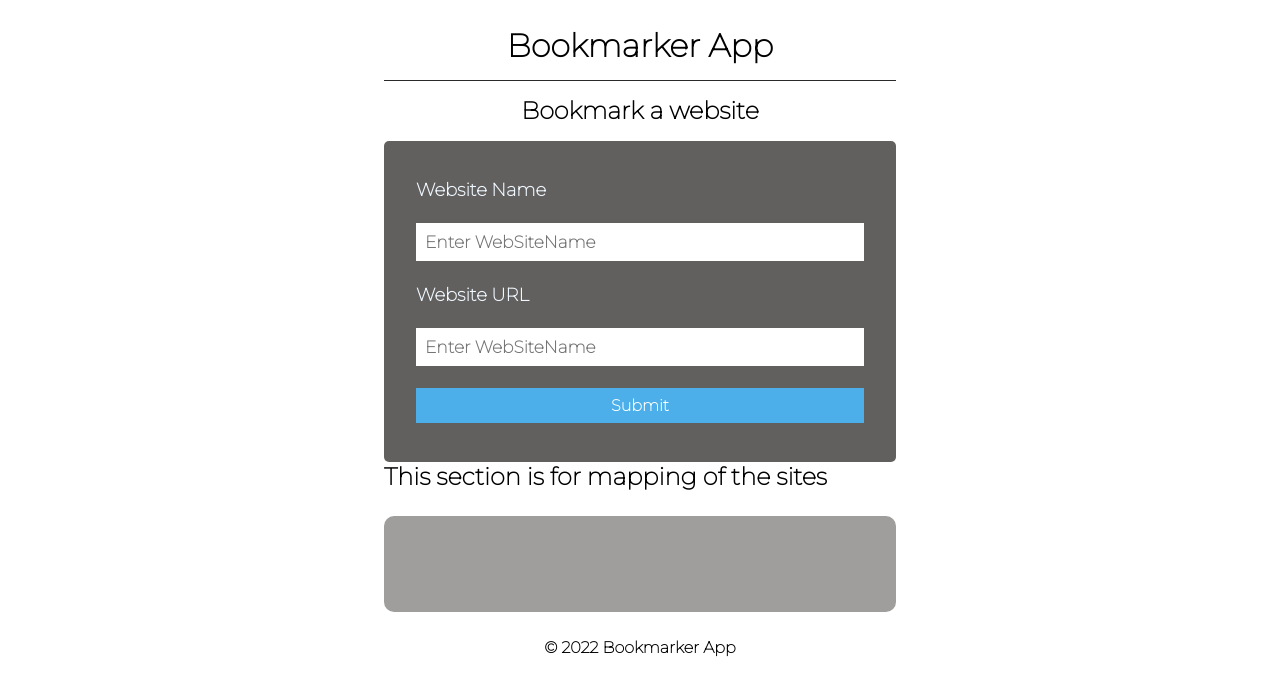
Repository: Suporl9/BookMarkerApp
Page: index.html
These files come from the project's save history. The page is drawn as it stood at one moment and after the next save; the edit follows.
The browser window is 1280 px wide. The pictures show the whole page.

Above is the page before, as saved 2021-11-23 21:23:06.

### index.html
<!DOCTYPE html>
<html lang="en">
  <head>
    <meta charset="UTF-8" />
    <meta http-equiv="X-UA-Compatible" content="IE=edge" />
    <meta name="viewport" content="width=device-width, initial-scale=1.0" />
    <link rel="stylesheet" href="./style.css" />
    <title>Document</title>
  </head>
  <body>
    <div class="container">
      <div class="innerContainer">
        <div class="ininContainer">
          <div class="bookmarkerSection"><h1>Bookmarker App</h1></div>
          <!-- <h1>Bookmarker App</h1> -->
          <div class="vh"></div>
          <div class="formInput">
            <form class="formSec">
              <h2 class="h2class">Bookmark a website</h2>
              <div class="sitesec">
                <label class="labc" name="siteName">Website Name</label>
                <input
                  type="text"
                  name="sitename"
                  id="sitenameid"
                  placeholder="Enter WebSiteName"
                  class="inpClass"
                />
                <label class="labc" name="siteName">Website URL</label>
                <input
                  type="text"
                  name="sitename"
                  id="urlid"
                  class="inpClass"
                  placeholder="Enter WebSiteName"
                />
                <button class="submBtn">Submit</button>
              </div>
            </form>
          </div>
          <div class="toBeAdded">
            <h2>This section is for mapping of the sites</h2>
            <!-- <ul class="ulclass">
              me
            </ul> -->
            <div id="ullist"></div>
          </div>
          <footer class="footer">
            <p>&copy; 2022 Bookmarker App</p>
          </footer>
        </div>
      </div>
    </div>
    <script src="newMain.js"></script>
  </body>
</html>

### style.css
@import url("https://fonts.googleapis.com/css2?family=Montserrat:wght@100&display=swap");

:root {
  --main-bg-color: rgb(255, 255, 255);
  --main-grey: rgb(97, 96, 95);
}
* {
  font-family: "Montserrat", sans-serif;
  box-sizing: border-box; /* includes padding in height and width(the box outside doesnot get bigger when adding padding and stuff)*/
  margin: 0;
  padding: 0;
  font-weight: bold;
  border: none;
}
body {
  width: 80%;
  margin: auto;
}
.container {
  font-family: "Montserrat", sans-serif;

  display: flex;
  justify-content: center;
}
.innerContainer {
  /* display: flex;
  flex-direction: column; */
  width: 50%;
  margin: auto;
  /* justify-content: center;
  align-self: center; */
}
.ininContainer {
  display: flex;
  flex-direction: column;
  margin-top: 5%;
  /* align-content: center; */
  /* justify-content: center; */
}
.bookmarkerSection {
  display: flex;
  justify-content: center;
}
.vh {
  border-bottom: 1px solid rgb(43, 42, 42);
  margin-top: 3%;
}
/* .formInput {
  display: flex;
  flex-direction: column;
  justify-content: center;
} */
.h2class {
  align-self: center;
  margin-bottom: 3%;
}
.formSec {
  display: flex;
  flex-direction: column;
  margin-top: 3%;
  /* justify-content: end; */
  /* width: 0%; */
  /* align-content: center; */
}
.sitesec {
  display: flex;
  flex-direction: column;
  background-color: var(--main-grey);
  padding: 1rem 2rem;
  /* padding-bottom: 2rem; */
  border-radius: 5px;
  color: aliceblue;
}
.submBtn {
  margin-top: 5%;
  margin-bottom: 5%;
  padding: 0.5rem;
  color: rgb(255, 255, 255);
  /* font-size: 14px; */
  font-size: 16px;
  font-weight: 900;
  background-color: rgb(76, 175, 233);
}
.inpClass {
  margin-top: 5%;
  padding: 2%;
  outline: none;
  font-size: 17px;
}
.labc {
  margin-top: 5%;
  font-size: 18px;
}
.footer {
  margin-top: 5%;
  align-self: center;
}
/* .formSec,
.sitesec {
  display: flex;
  flex-direction: column;
} */
/* .sitesec {
  display: flex;
  flex-direction: column;
}
 */
#ullist {
  background-color: rgb(160, 157, 157);
  border-radius: 10px;
  padding: 3rem;
  margin-top: 5%;
}
.nonesensediv {
  background-color: rgb(36, 36, 36);
  margin: 2% 0;
  border-radius: 5px;
  padding: 1rem;
  color: aliceblue;
  display: flex;
  flex-direction: column;
  /* justify-content: center; */
  align-items: center;
}
.pip {
  margin-bottom: 5%;
}

### newMain.js
console.log("hello sir");

After the next save:
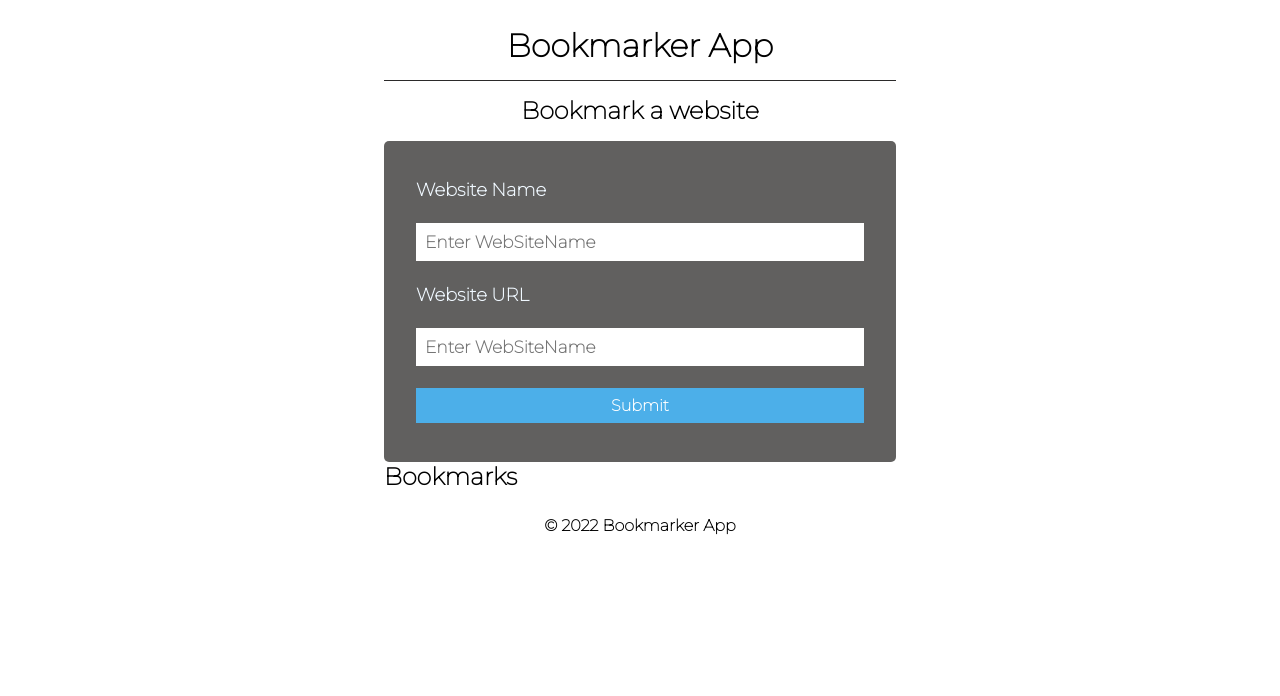
Saved 44 s later.
--- a/index.html
+++ b/index.html
@@ -39,11 +39,7 @@
             </form>
           </div>
           <div class="toBeAdded">
-            <h2>This section is for mapping of the sites</h2>
-            <!-- <ul class="ulclass">
-              me
-            </ul> -->
-            <div id="ullist"></div>
+            <h2>Bookmarks</h2>
           </div>
           <footer class="footer">
             <p>&copy; 2022 Bookmarker App</p>
